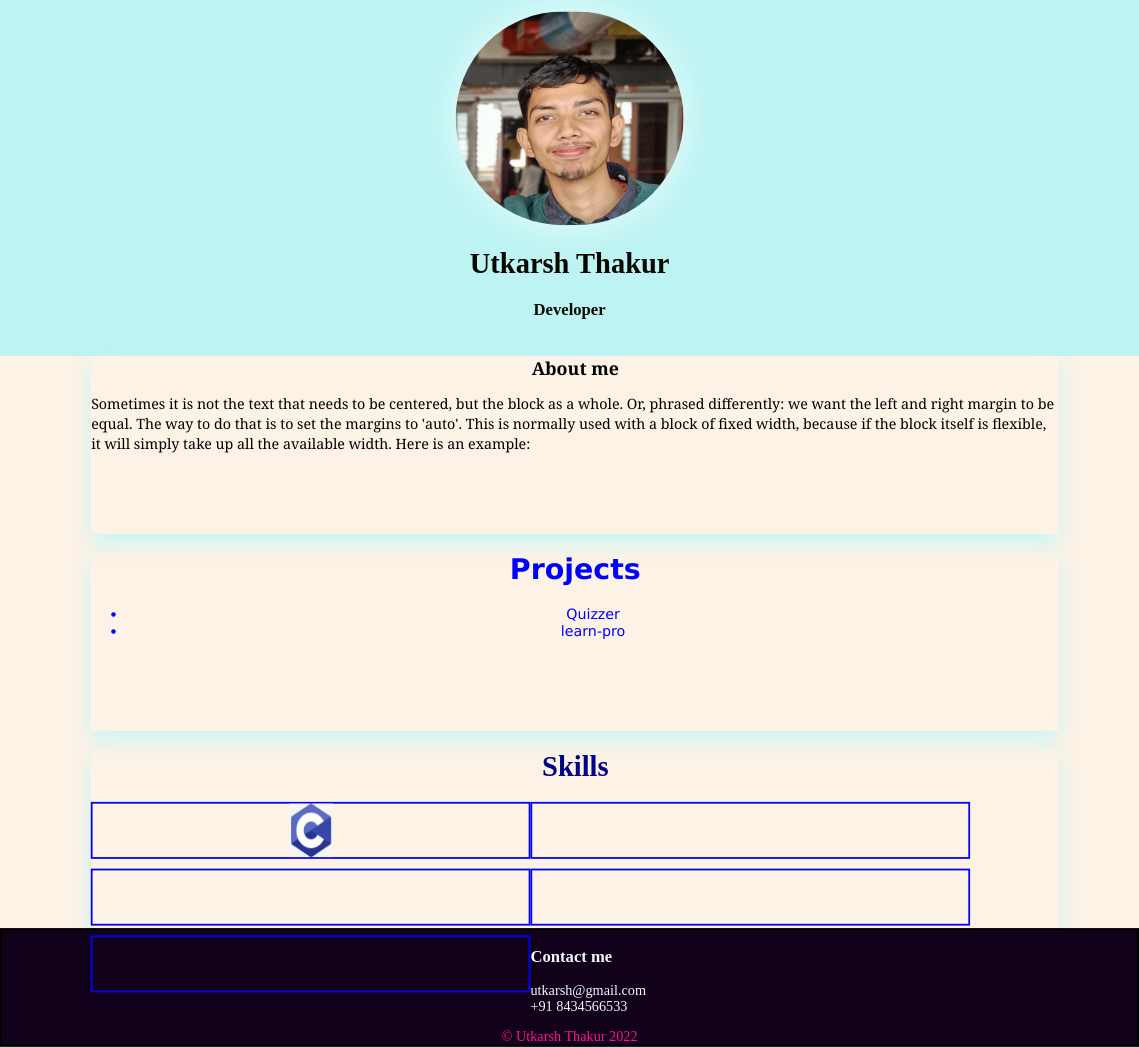
Repository: UtkarshThakur321/Utkarsh-Thakur-Profile
Page: index.html
The author's editor kept a copy of each file at every save. The page is drawn from the files as they stood at one save, then again after the next save.
The browser window is 1280 px wide. The pictures show the whole page, at 89% of full size.

Above is the page before, as saved 2022-01-23 00:02:46.
Not found: main.js

After the next save:
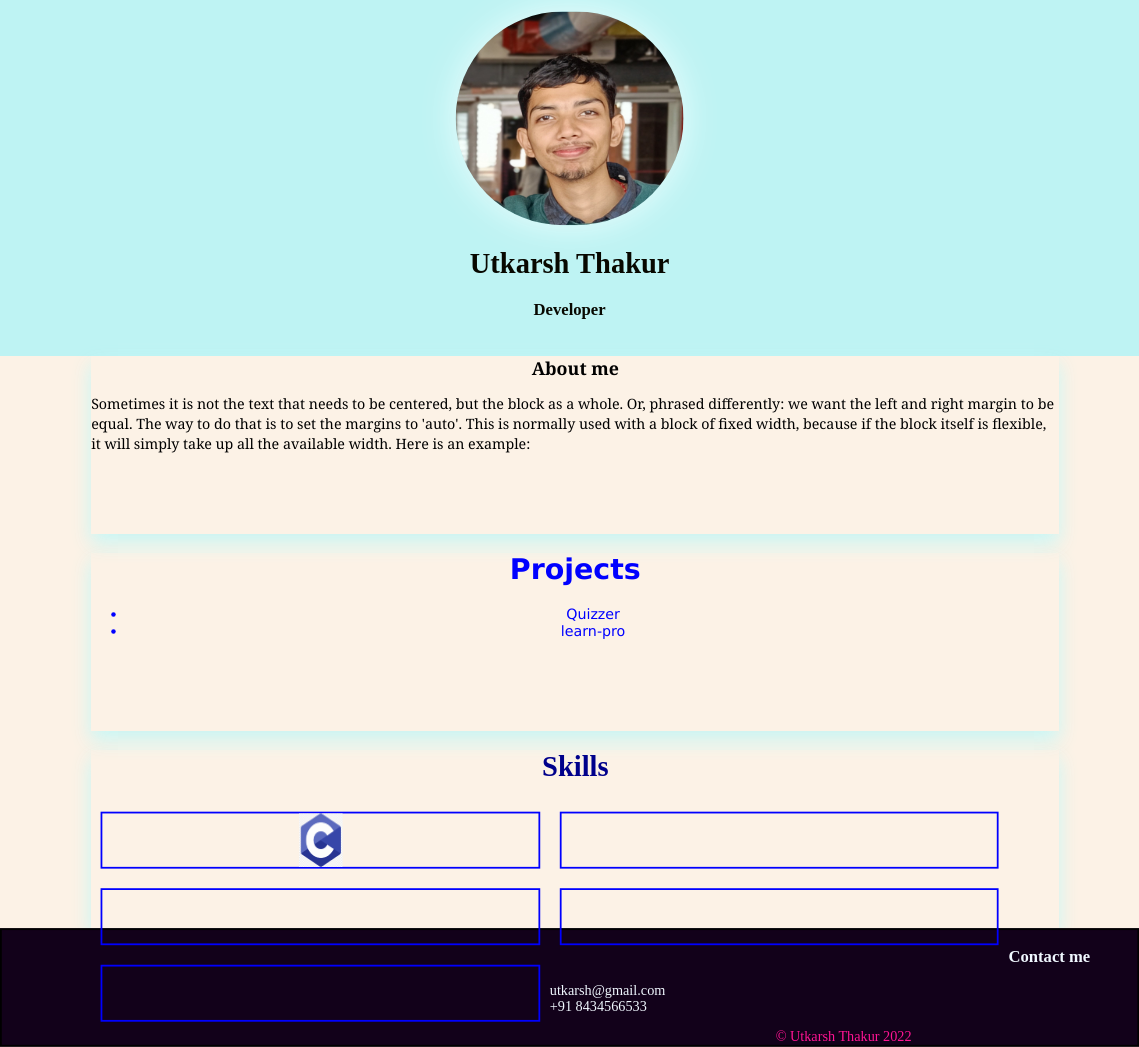
Saved 39 s later.
--- a/index.css
+++ b/index.css
@@ -78,9 +78,10 @@ body{
 }
 .skillsContent{
     height:60px;
-    margin-bottom:1%;
+    margin:1%;
     width:45%;
     float:left;
+
 
     border:2px solid blue;
 
